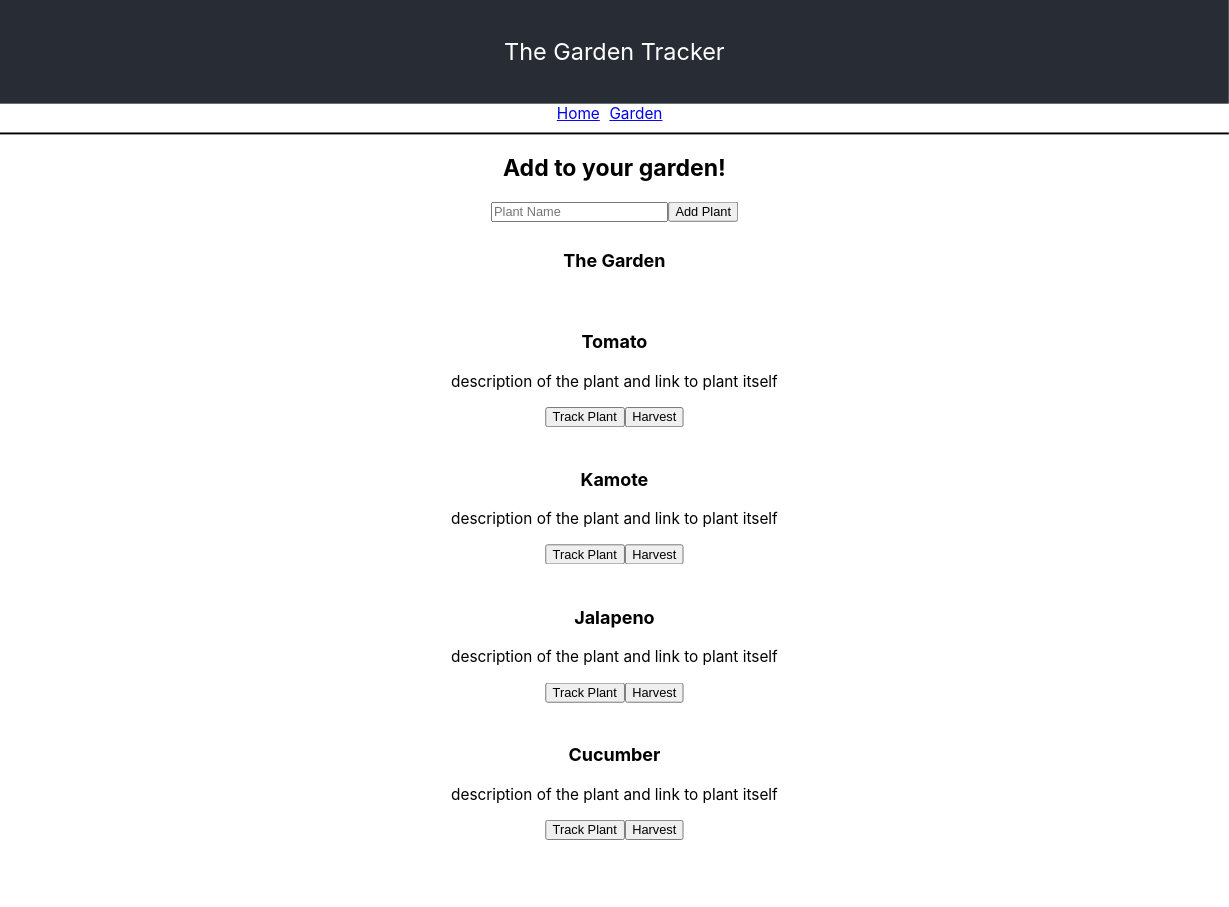
Repository: charliejp0311/gardentracker
Page: /garden
These files come from the project's save history. The page is drawn as it stood at one moment and after the next save; the edit follows.
The browser window is 1280 px wide. The pictures show the whole page, at 96% of full size.
The project was rebuilt for these pictures with package versions that can differ from the ones it lists, and the page was loaded fresh each time. Also part of the build but not shown: src/components/GardenHome.js.

Above is the page before, as saved 2020-10-30 11:09:23.

After the next save:
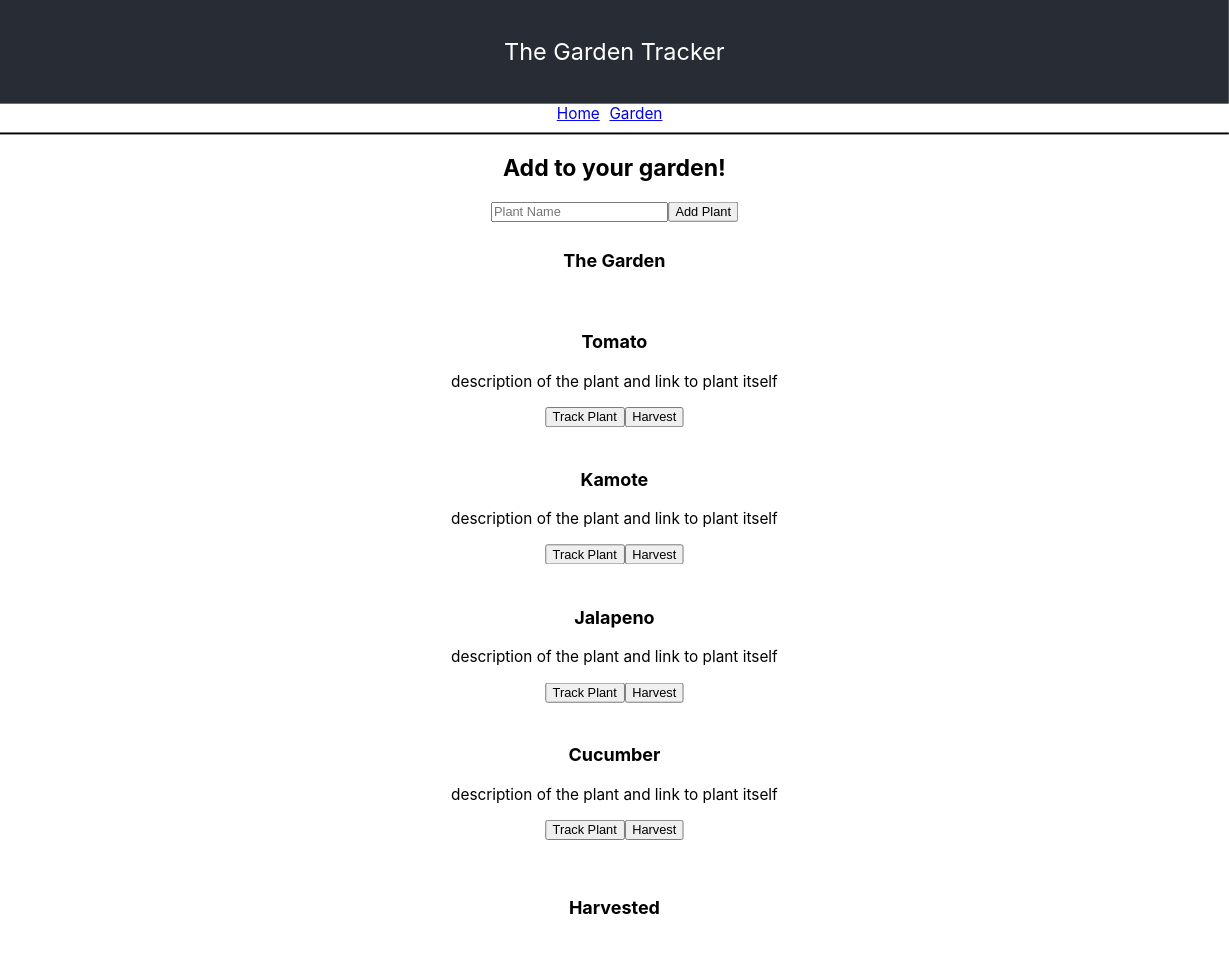
Saved 5 s later.
--- a/src/components/Harvest.js
+++ b/src/components/Harvest.js
@@ -11,6 +11,7 @@ class Harvest extends Component{
         });
         return(
             <div className='garden'>
+                <h3>Harvested</h3>
                 {showPlants}
             </div>
         )
